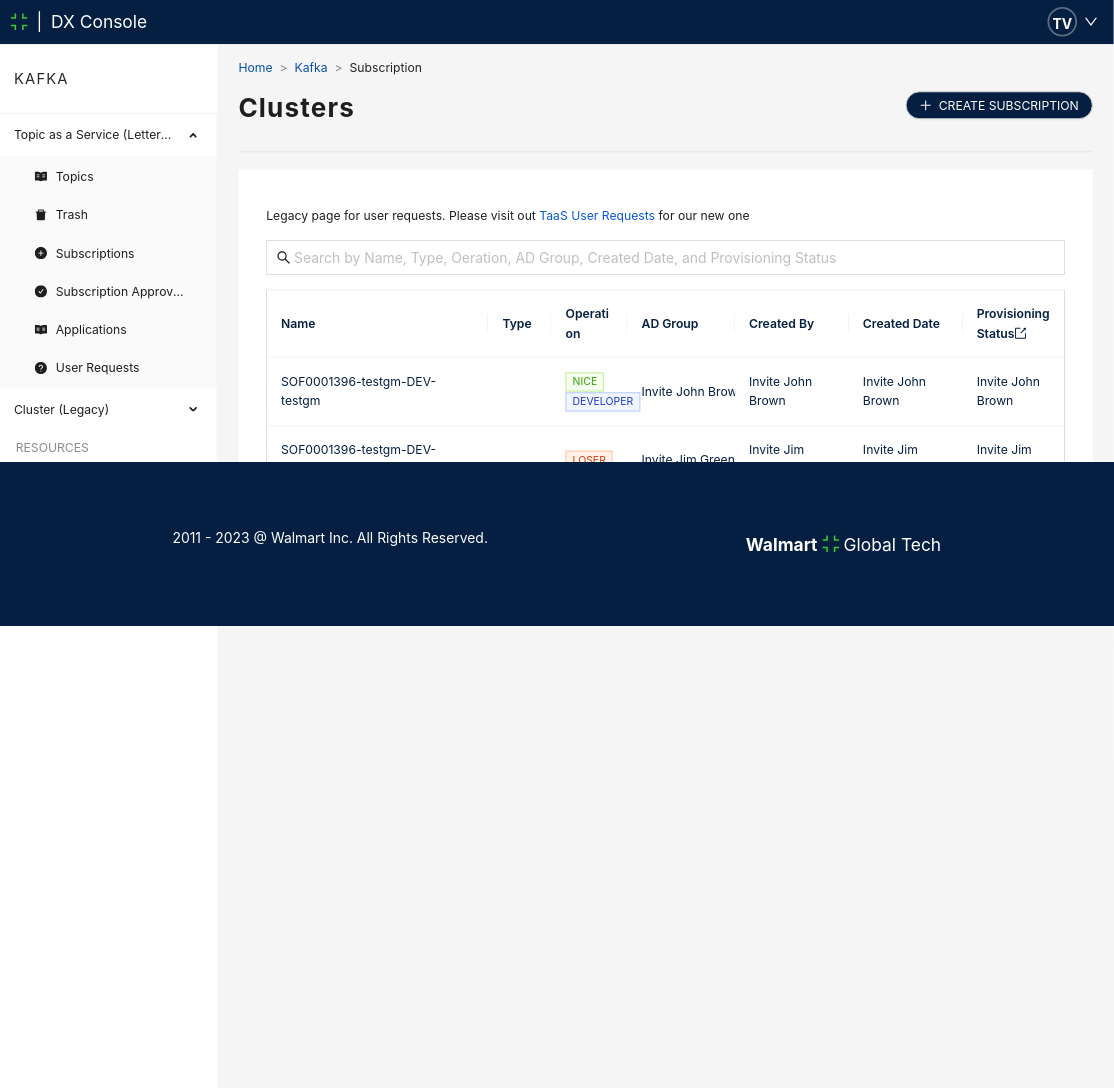
Repository: Qianying-Chai/kafka
Page: /kafka/legacy-requests
The author's editor kept a copy of each file at every save. The page is drawn from the files as they stood at one save, then again after the next save.
The browser window is 1280 px wide. The pictures show the whole page, at 87% of full size.
The project was rebuilt for these pictures with package versions that can differ from the ones it lists, and the page was loaded fresh each time. Also part of the build but not shown: src/pages/Taas/Topics/Topics.jsx, src/pages/Taas/Trash/Style/Trash.css, src/pages/Taas/Trash/Trash.jsx, src/pages/Taas/SubscriptionApprovals/SubscriptionApprovals.jsx, src/pages/Taas/Subscriptions/SubscriptionsNonProxy/SubscriptionsNonProxy.jsx, src/pages/Taas/Subscriptions/SubscriptionsProxy/SubscriptionsProxy.jsx, src/pages/Taas/Applications/Applications.jsx, src/pages/Taas/UserRequests/UserRequests.jsx and 6 more.

Above is the page before, as saved 2024-01-12 23:20:13.

### src/index.js
import React from "react";
import ReactDOM from "react-dom/client";
import App from "./App";
import { BrowserRouter } from "react-router-dom";
import { Provider } from "react-redux";
import store from "../src/redux/store";
import "./style/index.css";

const root = ReactDOM.createRoot(document.getElementById("root"));
root.render(
  <Provider store={store}>
    <BrowserRouter>
      <App />
    </BrowserRouter>
  </Provider>
);

### src/App.js
import Header from "./pages/common/Header";
import Sider from "./pages/common/Sider.jsx";
import categoryConstants from "./pages/common/categoryConstants";
import Topics from "./pages/Taas/Topics/Topics";
import Trash from "./pages/Taas/Trash/Trash";
import SubscriptionApprovals from "./pages/Taas/SubscriptionApprovals/SubscriptionApprovals";
import SubscriptionsNonProxy from "./pages/Taas/Subscriptions/SubscriptionsNonProxy/SubscriptionsNonProxy";
import SubscriptionsProxy from "./pages/Taas/Subscriptions/SubscriptionsProxy/SubscriptionsProxy";
import Applications from "./pages/Taas/Applications/Applications";
import UserRequests from "./pages/Taas/UserRequests/UserRequests";
import Clusters from "./pages/Cluster/Clusters";
import MigratedClusters from "./pages/Cluster/MigratedClusters";
import Subscription from "./pages/Cluster/Subscription";
import UserRequestsLegacy from "./pages/Cluster/UserRequestsLegacy";
import Support from "./pages/Resources/Support";
import Footer from "./pages/common/Footer";
import { Routes, Route } from "react-router-dom";
import { Layout } from "antd";

function App() {
  return (
    <div className="App">
      <Layout>
        <Header />
        <Layout>
          <Sider />
          <Layout
            style={{
              padding: "0 24px 24px",
              height: "fit-content",
            }}
          >
            <Routes>
              <Route
                path={`kafka/${categoryConstants.TOPICS.toLowerCase()}`}
                element={<Topics />}
              />
              <Route
                path={`kafka/${categoryConstants.TRASH.toLowerCase()}`}
                element={<Trash />}
              />
              <Route
                path={`kafka/${categoryConstants.SUBSCRIPTIONS.toLowerCase()}_active_tab=nonProxy`}
                element={<SubscriptionsNonProxy />}
              />
              <Route
                path={`kafka/${categoryConstants.SUBSCRIPTIONS.toLowerCase()}_active_tab=proxy`}
                element={<SubscriptionsProxy />}
              />
              <Route
                path={`kafka/subscriptionRequests`}
                element={<SubscriptionApprovals />}
              />
              <Route
                path={`kafka/${categoryConstants.APPLICATIONS.toLowerCase()}`}
                element={<Applications />}
              />
              <Route path={`kafka/requests`} element={<UserRequests />} />
              <Route
                path={`kafka/${categoryConstants.CLUSTERS.toLowerCase()}`}
                element={<Clusters />}
              />
              <Route
                path={`kafka/mps-clusters-subscriptions`}
                element={<MigratedClusters />}
              />
              <Route
                path={`kafka/${categoryConstants.SUBSCRIPTION.toLowerCase()}`}
                element={<Subscription />}
              />
              <Route
                path={`kafka/legacy-requests`}
                element={<UserRequestsLegacy />}
              />
              <Route
                path={`kafka/${categoryConstants.SUPPORT.toLowerCase()}`}
                element={<Support />}
              />
            </Routes>
          </Layout>
        </Layout>
        <Footer />
      </Layout>
    </div>
  );
}

export default App;

### src/redux/store.jsx
import { configureStore } from "@reduxjs/toolkit";
import reducer from "./reducer";
const store = configureStore({ reducer: reducer });
export default store;

### src/pages/common/Header.jsx
import React from "react";
import "./Style/Header.css";
import { CompressOutlined, UpOutlined, DownOutlined } from "@ant-design/icons";
import { Layout } from "antd";
import { useState } from "react";
const Header = () => {
  const [login, setLogin] = useState(true);

  return (
    <Layout>
      <Layout.Header className="header">
        <div className="header-content-left">
          <CompressOutlined className="header-left-icon" />
          <span className="header-left-divider">|</span>
          <span className="header-left-dx-console">DX Console </span>
        </div>
        <div className="header-content-right">
          <div className="user">
            <div className="user-icon">TV</div>
            {login ? (
              <DownOutlined
                className="login-button"
                onClick={() => {
                  setLogin((state) => !state);
                }}
              />
            ) : (
              <UpOutlined
                className="logout-button"
                onClick={() => {
                  setLogin((state) => !state);
                }}
              />
            )}
          </div>
          <div
            className="logout-pop-up"
            style={{
              display: login ? "none" : "block",
            }}
          >
            LOGOUT
          </div>
        </div>
      </Layout.Header>
    </Layout>
  );
};
export default Header;

### src/pages/common/Sider.jsx
import React from "react";
import { Link } from "react-router-dom";
import "./Style/Sider.css";
import {
  ReadFilled,
  DeleteFilled,
  PlusCircleFilled,
  CheckCircleFilled,
  QuestionCircleFilled,
  HddFilled,
  SettingFilled,
} from "@ant-design/icons";
import { Layout, Menu, theme, ConfigProvider } from "antd";
import categoryConstants from "./categoryConstants";

const Sider = () => {
  const {
    token: { colorBgContainer },
  } = theme.useToken();

  const items = [
    {
      key: "Topic as a Service (Lettera)",
      label: "Topic as a Service (Lettera)",
      children: [
        {
          key: "Topics",
          label: (
            <Link to={`kafka/${categoryConstants.TOPICS.toLowerCase()}`}>
              {categoryConstants.TOPICS}
            </Link>
          ),
          icon: React.createElement(ReadFilled),
        },
        {
          key: "Trash",
          label: (
            <Link to={`kafka/${categoryConstants.TRASH.toLowerCase()}`}>
              {categoryConstants.TRASH}
            </Link>
          ),
          icon: React.createElement(DeleteFilled),
        },
        {
          key: "Subscriptions",
          label: (
            <Link
              to={`kafka/${categoryConstants.SUBSCRIPTIONS.toLowerCase()}_active_tab=nonProxy`}
            >
              {categoryConstants.SUBSCRIPTIONS}
            </Link>
          ),
          icon: React.createElement(PlusCircleFilled),
        },
        {
          key: "Subscription Approvals",
          label: (
            <Link to={`kafka/subscriptionRequests`}>
              {categoryConstants.SUBSCRIPTIONS_APPROVALS.replace("_", " ")}
            </Link>
          ),
          icon: React.createElement(CheckCircleFilled),
        },
        {
          key: "Applications",
          label: (
            <Link to={`kafka/${categoryConstants.APPLICATIONS.toLowerCase()}`}>
              {categoryConstants.APPLICATIONS}
            </Link>
          ),
          icon: React.createElement(ReadFilled),
        },
        {
          key: "User Requests",
          label: (
            <Link to={`kafka/requests`}>
              {categoryConstants.USER_REQUESTS.replace("_", " ")}
            </Link>
          ),
          icon: React.createElement(QuestionCircleFilled),
        },
      ],
    },
    {
      label: <div>Cluster (Legacy)</div>,
      key: "Cluster (Legacy)",
      children: [
        {
          key: "Clusters",
          label: (
            <Link to={`kafka/${categoryConstants.CLUSTERS.toLowerCase()}`}>
              {categoryConstants.CLUSTERS}
            </Link>
          ),
          icon: React.createElement(HddFilled),
        },
        {
          key: "Migrated Clusters",
          label: (
            <Link to={`kafka/mps-clusters-subscriptions`}>
              {categoryConstants.MIGRATED_CLUSTERS.replace("_", " ")}
            </Link>
          ),
          icon: React.createElement(HddFilled),
        },
        {
          key: "Subscription",
          label: (
            <Link to={`kafka/${categoryConstants.SUBSCRIPTION.toLowerCase()}`}>
              {categoryConstants.SUBSCRIPTION}
            </Link>
          ),
          icon: React.createElement(PlusCircleFilled),
        },
        {
          key: "User Requests (Legacy)",
          label: (
            <Link to={`kafka/legacy-requests`}>User Requests (Legacy)</Link>
          ),
          icon: React.createElement(QuestionCircleFilled),
        },
      ],
    },
    {
      label: <div>RESOURCES</div>,
      type: "group",
      key: "RESOURCES",
      children: [
        {
          key: "Supprot",
          label: (
            <Link to={`kafka/${categoryConstants.SUPPORT.toLowerCase()}`}>
              {categoryConstants.SUPPORT}
            </Link>
          ),
          icon: React.createElement(SettingFilled),
        },
      ],
    },
  ];

  return (
    <ConfigProvider
      theme={{
        components: {
          Menu: {
            itemHoverBg: "",
            itemHoverColor: "#1890ff",
            padding: 30,
          },
          Tabs: {
            inkBarColor: "rgb(4, 31, 65)",
          },
        },
      }}
    >
      <Layout.Sider
        className="sider"
        width={"250px"}
        style={{
          background: colorBgContainer,
        }}
      >
        <div className="slider-top">
          <span className="slider-top-content">KAFKA</span>
        </div>
        <div
          style={{
            marginLeft: "-12px",
          }}
        >
          <div></div>
          <Menu
            mode="inline"
            items={items}
            defaultOpenKeys={["Topic as a Service (Lettera)", "RESOURCES"]}
            style={{
              color: "#041f41",
            }}
          />
        </div>
      </Layout.Sider>
    </ConfigProvider>
  );
};
export default Sider;

### src/pages/common/categoryConstants.jsx
const categoryConstants = {
  TOPICS: "Topics",
  TRASH: "Trash",
  SUBSCRIPTIONS: "Subscriptions",
  SUBSCRIPTIONS_APPROVALS: "Subscription Approvals",
  APPLICATIONS: "Applications",
  USER_REQUESTS: "User Requests",
  CLUSTERS: "Clusters",
  MIGRATED_CLUSTERS: "Migrated Clusters",
  SUBSCRIPTION: "Subscription",
  USERE_REQUESTS_LEGACY: "User Requests Legacy",
  SUPPORT: "Support",
};

export default categoryConstants;

### src/pages/Cluster/UserRequestsLegacy.jsx
import React from "react";

import ComponentsTable from "../Components/ComponentsTable";
import ComponentsInput from "../Components/ComponentsInput";
import ComponentsPagination from "../Components/ComponentsPagination";
import categoryConstants from "../common/categoryConstants";
import ComponentsTitle from "../Components/ComponentsTitle";
import ComponentsBreadcrumb from "../Components/ComponentsBreadcrumb";
import ComponentsContent from "../Components/ComponentsContent";
import { Space, Tag, Button } from "antd";
import { PlusOutlined } from "@ant-design/icons";
import { ExportOutlined } from "@ant-design/icons";

const UserRequestsLegacy = () => {
  const columns = [
    {
      title: "Name",
      dataIndex: "Name",
      key: "Name",
      width: "35%",
      render: (_, record) => (
        <Space size="middle">
          <a> SOF0001396-testgm-DEV-testgm</a>
        </Space>
      ),
    },
    {
      title: "Type",
      dataIndex: "Type",
      key: "Type",
      width: "10%",
    },
    {
      title: "Operation",
      key: "Operation",
      dataIndex: "Operation",
      width: "12%",
      render: (_, { tags }) => (
        <>
          {tags.map((tag) => {
            let color = tag.length > 5 ? "geekblue" : "green";
            if (tag === "loser") {
              color = "volcano";
            }
            return (
              <Tag color={color} key={tag}>
                {tag.toUpperCase()}
              </Tag>
            );
          })}
        </>
      ),
    },
    {
      title: "AD Group",
      key: "AD Group",
      width: "17%",
      ellipsis: true,
      render: (_, record) => (
        <Space size="middle">
          <a>Invite {record.name}</a>
        </Space>
      ),
    },
    {
      title: "Created By",
      key: "Created By",
      width: "18%",
      render: (_, record) => (
        <Space size="middle">
          <a>Invite {record.name}</a>
        </Space>
      ),
    },
    {
      title: "Created Date",
      key: "Created Date",
      width: "18%",

      render: (_, record) => (
        <Space size="middle">
          <a>Invite {record.name}</a>
        </Space>
      ),
    },
    {
      title: (
        <div>
          Provisioning Status
          <ExportOutlined style={{ fontSize: "14px" }} />
        </div>
      ),
      key: "Provisioning Status",
      width: "16%",
      render: (_, record) => (
        <Space size="middle">
          <a>Invite {record.name}</a>
        </Space>
      ),
    },
  ];
  const data = [
    {
      key: "1",
      name: "John Brown",
      age: 32,
      address: "New York No. 1 Lake Park",
      tags: ["nice", "developer"],
    },
    {
      key: "2",
      name: "Jim Green",
      age: 42,
      address: "London No. 1 Lake Park",
      tags: ["loser"],
    },
    {
      key: "3",
      name: "Joe Black",
      age: 32,
      address: "Sydney No. 1 Lake Park",
      tags: ["cool", "teacher"],
    },
  ];
  return (
    <>
      <div>
        <ComponentsBreadcrumb
          items={[
            {
              title: "Home",
            },
            {
              title: "Kafka",
            },
            {
              title: categoryConstants.SUBSCRIPTION,
            },
          ]}
        />
        <div className="content-banner">
          <ComponentsTitle title={categoryConstants.CLUSTERS} />
          <Button shape="round" size="medium" className="content-banner-button">
            <PlusOutlined />
            {`CREATE ${categoryConstants.SUBSCRIPTION.toLocaleUpperCase()}`}
          </Button>
        </div>
      </div>
      <ComponentsContent title={categoryConstants.USERE_REQUESTS_LEGACY}>
        <p className="content-text">
          Legacy page for user requests. Please visit out{" "}
          <span style={{ color: "#0958d9" }}>TaaS User Requests </span>for our
          new one
        </p>
        <ComponentsInput
          placeholder={
            "Search by Name, Type, Oeration, AD Group, Created Date, and Provisioning Status"
          }
        />
        <ComponentsTable columns={columns} data={data} />
        <ComponentsPagination defaultPageSize={25} total={25} />
      </ComponentsContent>
    </>
  );
};
export default UserRequestsLegacy;

### src/pages/common/Footer.jsx
import React from "react";
import { Layout } from "antd";
import { CompressOutlined } from "@ant-design/icons";
import "./Style/Footer.css";

const Footer = () => {
  return (
    <Layout.Footer className="footer">
      <div className="footer-text-left">
        2011 - 2023 @ Walmart Inc. All Rights Reserved.
      </div>
      <div className="footer-text-right">
        <span className="footer-text-right-walmart">Walmart</span>
        <CompressOutlined className="footer-icon" />
        <span className="footer-text-right-global-tech">Global Tech</span>
      </div>
    </Layout.Footer>
  );
};

export default Footer;

### src/redux/reducer.jsx
import { SET_PATH_NAME, SET_SELECTED_TAAS_SUBSCRIPTIONS } from "./constants";
const initialState = {
  pathName: "",
  selectedTaasSubscriptions: "nonProxy",
};
const reducer = (state = initialState, action) => {
  const { type, payload } = action;
  switch (type) {
    case SET_PATH_NAME:
      return { ...state, pathName: payload };
    case SET_SELECTED_TAAS_SUBSCRIPTIONS:
      return { ...state, selectedTaasSubscriptions: payload };
    default:
      return state;
  }
};

export default reducer;

### src/pages/common/Style/Header.css
.header {
  justify-content: space-between;
  padding: 0 12px;
  background-color: rgb(4, 31, 65);
  height: 51px;
  line-height: 51px;
  color: #ffffff;
}

.header,
.user {
  display: flex;
}

.header-content-left {
  font-size: 20px;
}

.header-left-icon {
  color: #32cd32;
}

.header-left-divider {
  margin: 0 10px;
}

.header-content-right {
  font-weight: bolder;
  flex-direction: column;
  font-size: 1rem;
  width: 76px;
  padding-left: 12px;
}

.user {
  margin: 8px 0px;
}
.user-icon {
  height: 34px;
  line-height: 34px;
  width: 34px;
  border-radius: 50%;
  text-align: center;
}
.user-icon,
.logout-pop-up {
  border: 2px solid rgba(225, 225, 225, 0.4);
}

.login-button,
.logout-button {
  padding-left: 8px;
}

.logout-pop-up {
  transition: all 10s ease-out;
  width: 100px;
  height: 60px;
  line-height: 60px;
  position: absolute;
  right: 0px;
  z-index: 999;
  font-size: 15px;
  letter-spacing: 1pt;
  text-align: center;
  justify-content: center;
  color: rgb(94, 91, 91);
  box-shadow: 0px 0px 4px 4px rgba(176, 174, 174, 0.4);
}

### src/pages/common/Style/Sider.css
.sider {
  min-height: 1200px;
}

.slider-top {
  height: 80px;
  border-bottom: 1px solid rgb(239, 239, 239);
}
.slider-top-content {
  height: 100%;
  display: flex;
  align-items: center;
  margin-left: 16px;
  letter-spacing: 1pt;
  font-size: 17px;
  color: #000000d9;
}

### src/pages/Components/ComponentsTable.jsx
import { ConfigProvider, Table } from "antd";

const ComponentsTable = (props) => {
  return (
    <ConfigProvider
      theme={{
        components: {
          Table: {
            headerBg: "#ffffff",
            headerColor: "#041F41",
          },
        },
        token: {
          colorLink: "rgb(4, 31, 65)",
          borderRadius: 0,
        },
      }}
    >
      <Table
        style={{ border: "1px solid	#d7d7d7", margin: "12px 0" }}
        columns={props.columns}
        dataSource={props.data}
        pagination={false}
      />
    </ConfigProvider>
  );
};

export default ComponentsTable;

### src/pages/Components/ComponentsInput.jsx
import { SearchOutlined } from "@ant-design/icons";
import { Input } from "antd";

const ComponentsInput = (props) => {
  return (
    <>
      <Input
        size="large"
        placeholder={props.placeholder}
        prefix={<SearchOutlined />}
        style={{ borderRadius: "0px", marginBottom: "5px" }}
      />
    </>
  );
};

export default ComponentsInput;

### src/pages/Components/ComponentsPagination.jsx
import React from "react";
import { Pagination, ConfigProvider } from "antd";

const ComponentsPagination = (props) => {
  return (
    <>
      <ConfigProvider
        theme={{
          token: {
            borderRadius: 0,
          },
        }}
      >
        <Pagination
          defaultCurrent={1}
          size="small"
          showSizeChanger
          showQuickJumper={props.showQuickJumper}
          defaultPageSize={props.defaultPageSize}
          total={props.total}
          style={{ display: "flex", justifyContent: "end" }}
        />
      </ConfigProvider>
    </>
  );
};

export default ComponentsPagination;

### src/pages/Components/ComponentsContent.jsx
import React from "react";
import "../common/Style/Content.css";
import { Layout, theme } from "antd";

const ComponentsContent = (props) => {
  const {
    token: { colorBgContainer },
  } = theme.useToken();

  return (
    <div>
      <Layout.Content
        style={{
          padding: "20px 32px 32px",
          minHeight: 280,
          background: colorBgContainer,
        }}
        {...props}
      ></Layout.Content>
    </div>
  );
};
export default ComponentsContent;

### src/pages/Components/ComponentsBreadcrumb.jsx
import React from "react";
import { Breadcrumb, ConfigProvider } from "antd";

const ComponentsBreadcrumb = (props) => {
  return (
    <ConfigProvider
      theme={{
        components: {
          Breadcrumb: {
            lastItemColor: "#000000D9",
            linkColor: "#075179",
            itemColor: "#0751A9",
            linkHoverColor: "#F5F5F5",
          },
          token: {
            colorBgTextHover: "#F5F5F5",
          },
        },
      }}
    >
      <div>
        <Breadcrumb
          style={{
            margin: "16px 0",
          }}
          separator=">"
          items={props.items}
        ></Breadcrumb>
      </div>
    </ConfigProvider>
  );
};
export default ComponentsBreadcrumb;

### src/pages/Components/ComponentsTitle.jsx
import React from "react";
import { Typography, ConfigProvider } from "antd";
const { Title } = Typography;

const ComponentsTitle = (props) => {
  return (
    <>
      <ConfigProvider
        theme={{
          components: {
            token: {
              colorText: "#041E42",
            },
          },
        }}
      >
        <Title level={2} style={{ fontWeight: "bold" }}>
          {props.title}
        </Title>
      </ConfigProvider>
    </>
  );
};

export default ComponentsTitle;

### src/pages/common/Style/Footer.css
.footer {
  text-emphasis-style: center;
  background-color: #041f41;
  color: white;
  display: flex;
  justify-content: space-around;
  height: 189px;
  align-items: center;
  width: 100%;
  position: fixed;
  bottom: 0;
}

.footer-icon {
  font-size: 20px;
  color: #32cd32;
}

.footer-text-left {
  font-size: 16px;
  margin-bottom: 16px;
}

.footer-text-right {
  font-size: 20px;
}

.footer-text-right-walmart {
  font-weight: bold;
  padding-right: 5px;
}

.footer-text-right-global-tech {
  padding-left: 5px;
}

### src/redux/constants.jsx
const SET_PATH_NAME = "SET_PATH_NAME";
const SET_SELECTED_TAAS_SUBSCRIPTIONS = "SET_SELECTED_TAAS_SUBSCRIPTIONS";
export { SET_PATH_NAME };
export { SET_SELECTED_TAAS_SUBSCRIPTIONS };

### src/pages/common/Style/Content.css
.content-banner {
  height: 70px;
  display: flex;
  justify-content: space-between;
  background-color: #f5f5f5;
  color: #041e42;
  letter-spacing: 1pt;
  border-bottom: 1px solid rgba(167, 164, 164, 0.3);
  margin-bottom: 20px;
  padding-bottom: 15px;
}

.content-banner-button {
  background-color: #041f41;
  color: #ffffff;
}

.content-text {
  margin: 24px 0 20px;
}

Loaded but not shown: public/index.html (common file); src/style/index.css (common file)

After the next save:
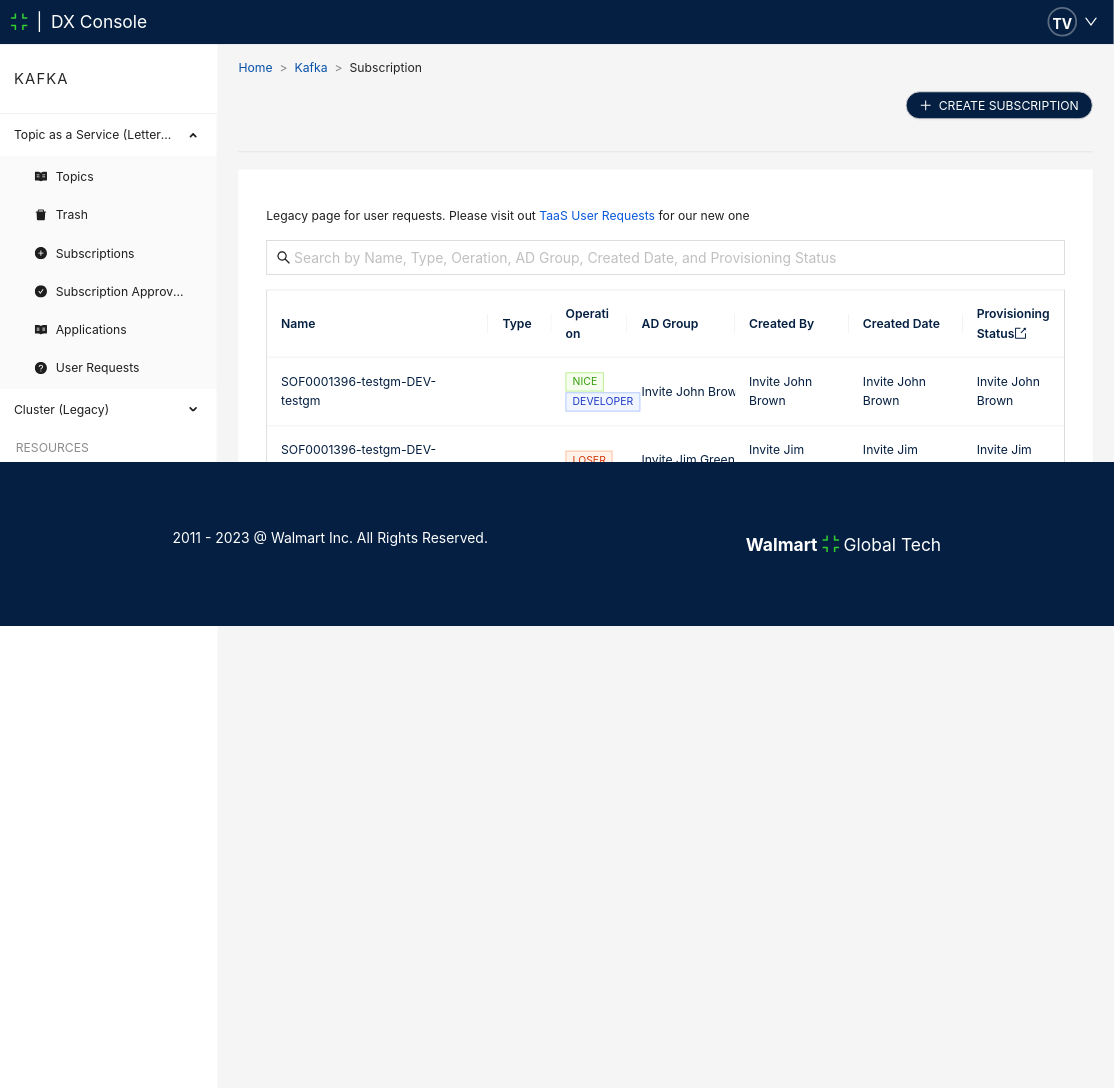
Saved 9 s later.
--- a/src/pages/Cluster/UserRequestsLegacy.jsx
+++ b/src/pages/Cluster/UserRequestsLegacy.jsx
@@ -139,7 +139,7 @@
           ]}
         />
         <div className="content-banner">
-          <ComponentsTitle title={categoryConstants.CLUSTERS} />
+          <ComponentsTitle title={categoryConstants.UserRequestsLegacy} />
           <Button shape="round" size="medium" className="content-banner-button">
             <PlusOutlined />
             {`CREATE ${categoryConstants.SUBSCRIPTION.toLocaleUpperCase()}`}
